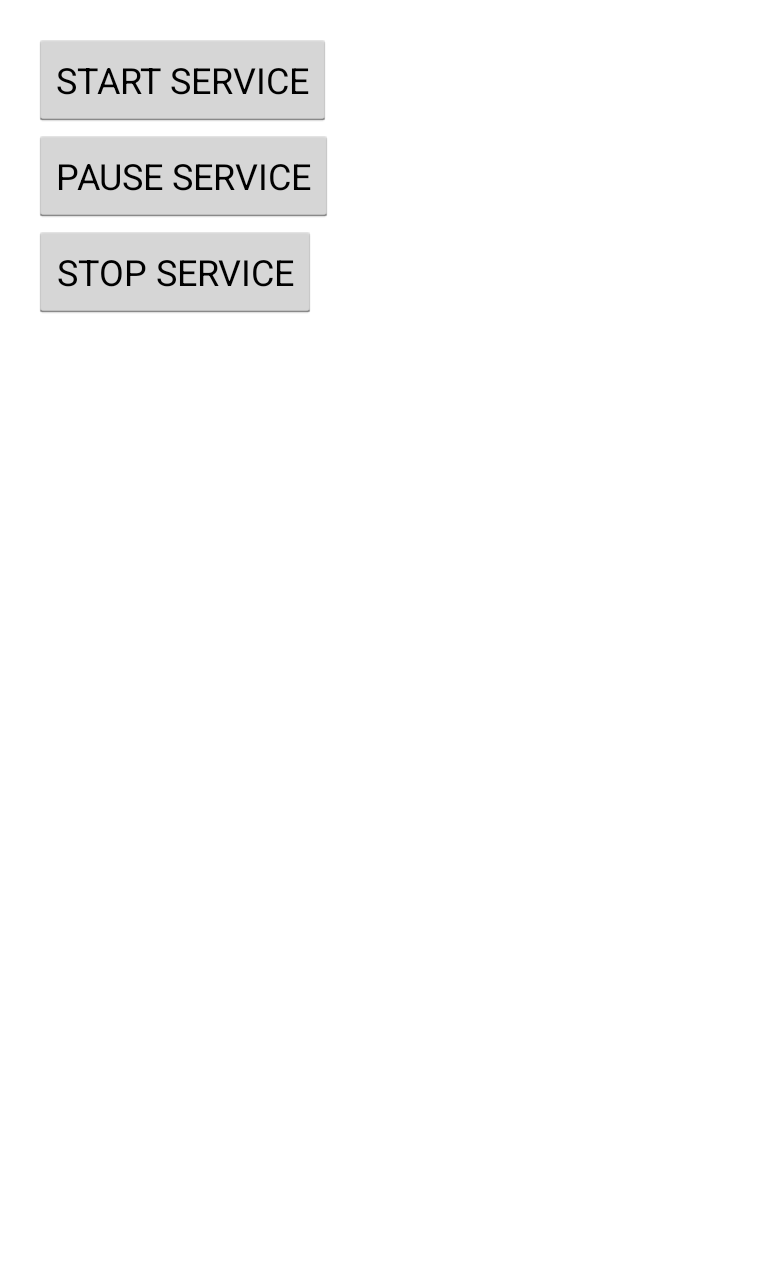
Repository: adrish00/android_learning
Layout: Demo001LinearLayoutExample/res/layout/activity_demo001_main.xml
These files come from the project's save history. The layout is drawn as it stood at one moment and after the next save; the edit follows.
It is drawn on a 768 x 1280 px phone screen (xhdpi) without system bars, with theme AppTheme; the app's code is not run.

Above is the layout before, as saved 2015-09-04 23:07:18.

After the next save:
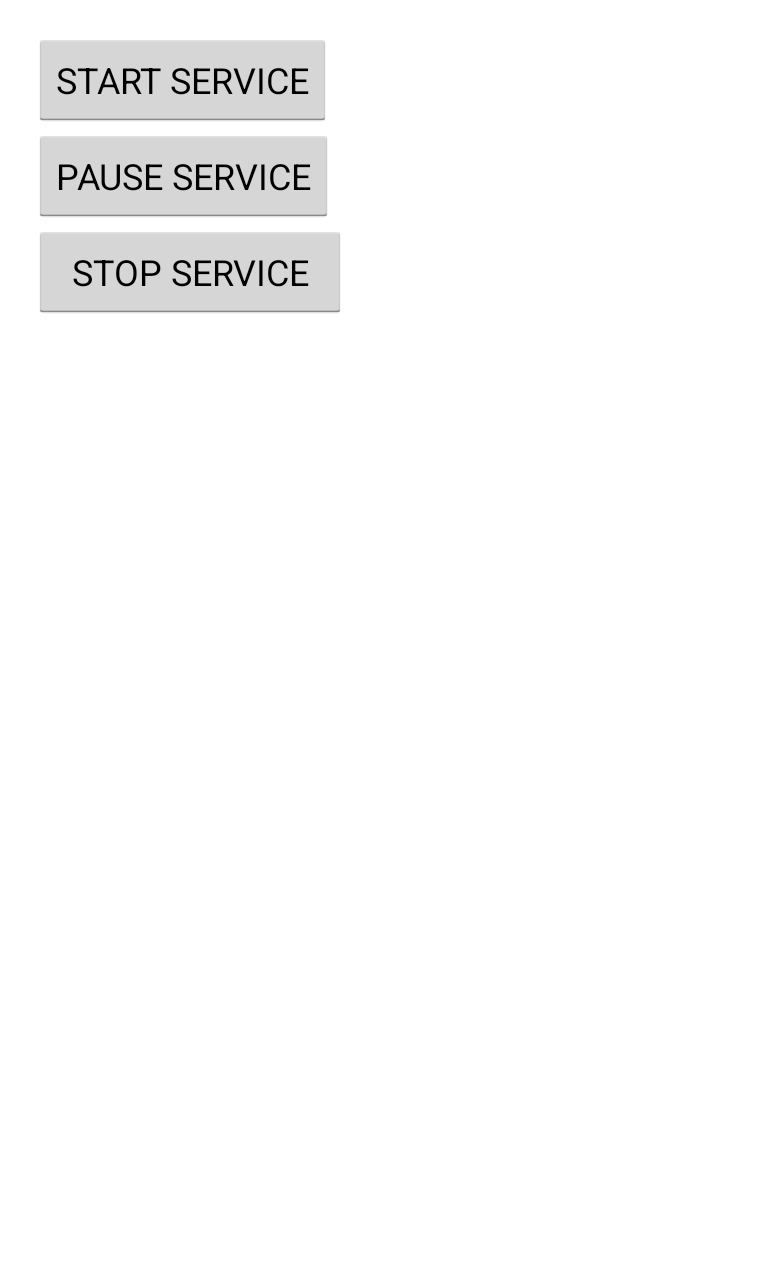
Saved 19 s later.
--- a/Demo001LinearLayoutExample/res/layout/activity_demo001_main.xml
+++ b/Demo001LinearLayoutExample/res/layout/activity_demo001_main.xml
@@ -24,7 +24,7 @@
 
     <Button
         android:id="@+id/button3"
-        android:layout_width="wrap_content"
+        android:layout_width="158dp"
         android:layout_height="wrap_content"
         android:text="@string/btn3" />
 
